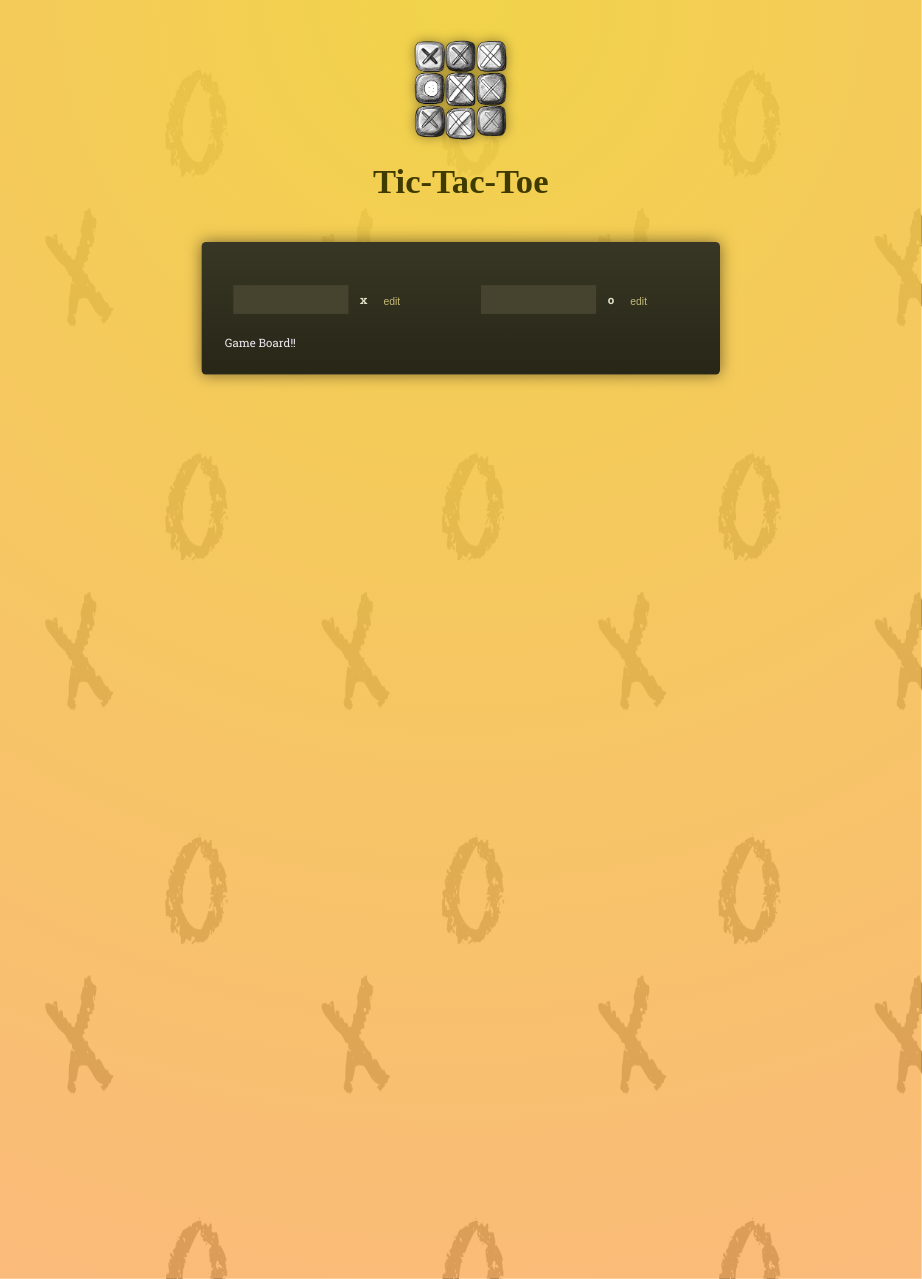
Repository: PrateekSahu9808/Tic_tac__toe_game
Page: /
These files come from the project's save history. The page is drawn as it stood at one moment and after a run of saves; the edit follows.
The browser window is 1280 px wide. The pictures show the whole page, at 72% of full size.
Some web fonts or font styles are not loaded; a fallback is used. The project was rebuilt for these pictures with package versions that can differ from the ones it lists, and the page was loaded fresh each time. Also part of the build but not shown: vite.config.js.

Above is the page before, as saved 2024-04-17 23:02:32.

After the next 4 saves:
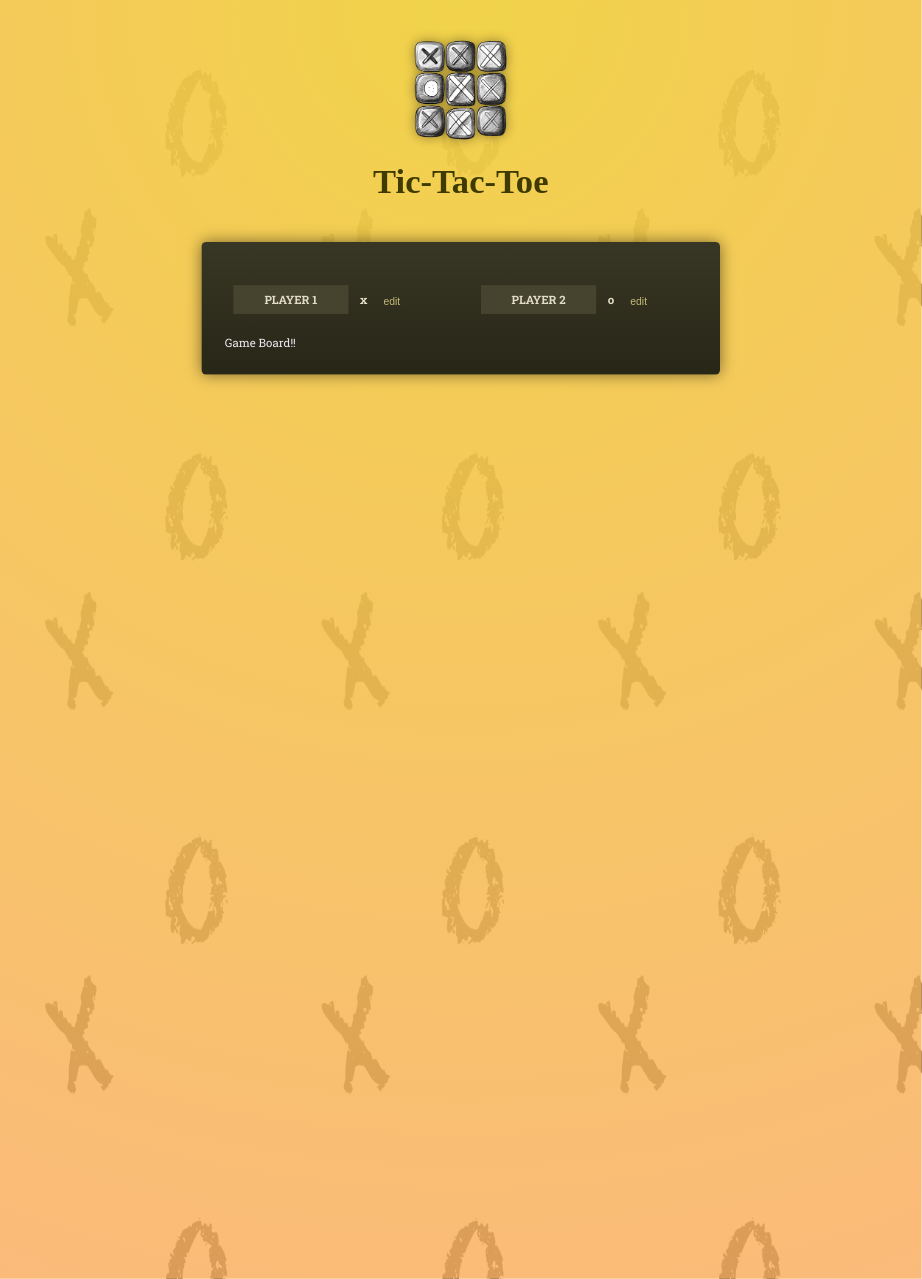
The 4 saves are shown as one change because 1 did not build or start and some came seconds apart.
The last was saved 53 s later.
--- a/src/Components/Player.jsx
+++ b/src/Components/Player.jsx
@@ -11,7 +11,7 @@
     <li>
       <span className="player">
 
-       {isEditing ?  <span className="player-name">{name}</span> : <input type="text" required/>}
+       {isEditing ?  <span className="player-name">{name}</span> : <input type="text" required value={name}/>}
         <span className="player-symbol">{symbol}</span>
       </span>
       <button onClick={handleEditClick}>{isEditing?"save":"edit"}</button>
